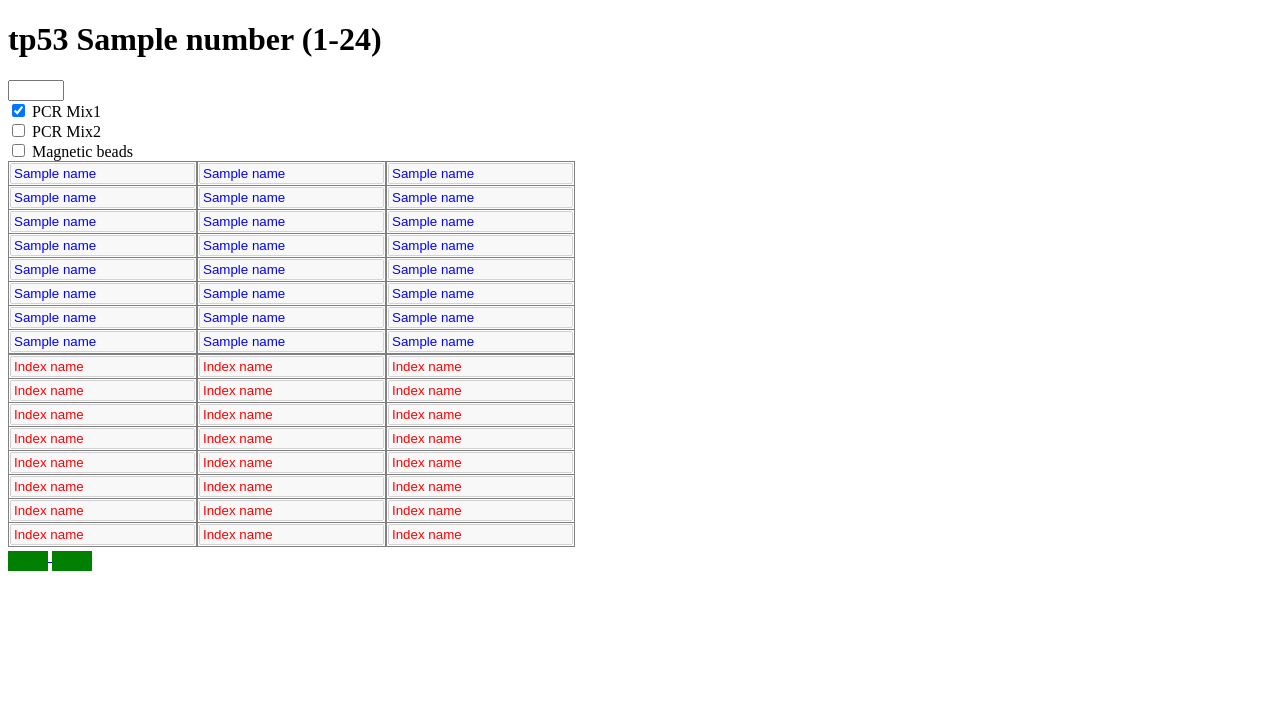
Repository: dnttalk/Ngs_arm1-main
Page: http://localhost/users/login
These files come from the project's save history. The page is drawn as it stood at one moment and after the next save; the edit follows.
The browser window is 1280 px wide. The pictures show the whole page.
The page is served by the project's Node server (app.js).

Above is the page before, as saved 2023-07-26 16:24:25.

After the next save:
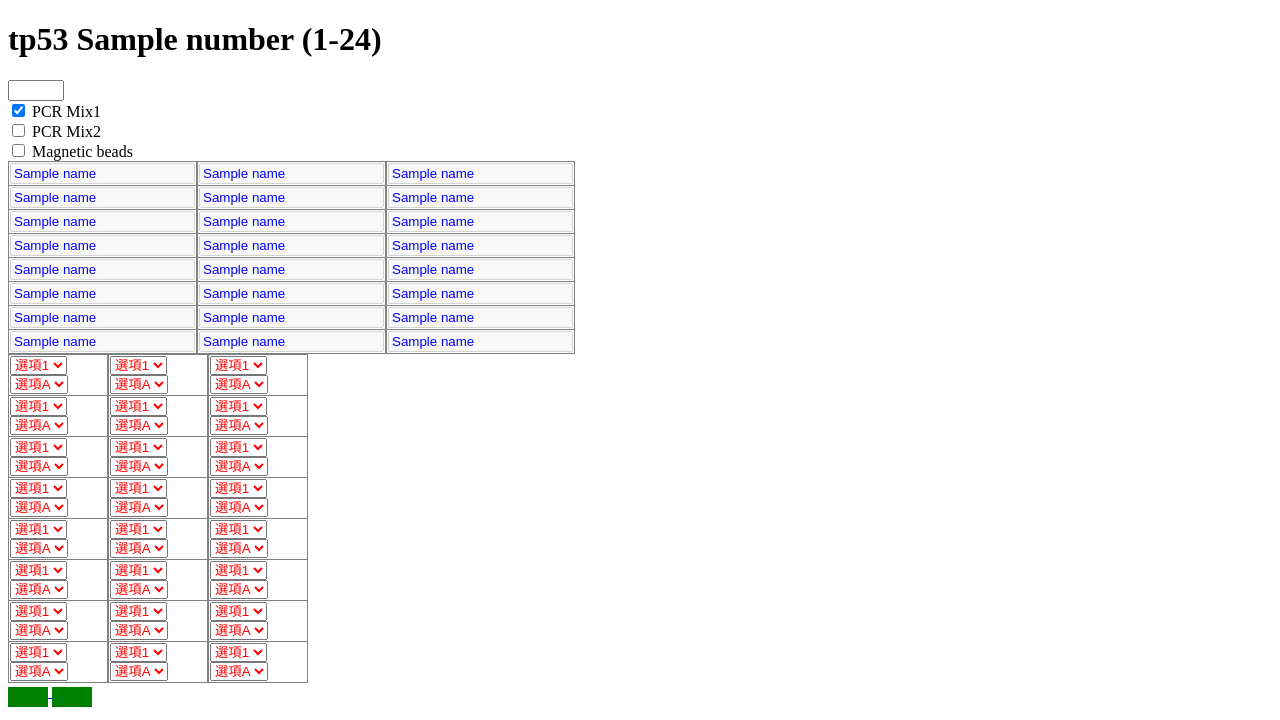
Saved 20 h 34 min later.
--- a/views/second.ejs
+++ b/views/second.ejs
@@ -52,8 +52,21 @@
                     <% for (let j=0; j < 8; j++) { %>
                         <tr>
                             <td>
-                                <input type="text" class="index-name" id="IndexName_<%= i %>_<%= j + 1 %>"
-                                    name="IndexName_<%= i %>_<%= j + 1 %>" value="Index name" disabled>
+                                <select class="index-name" id="IndexName1_<%= i %>_<%= j + 1 %>"
+                                    name="IndexName1_<%= i %>_<%= j + 1 %>">
+                                    <!-- 在這裡放入第一個下拉選單的選項 -->
+                                    <option value="option1">選項1</option>
+                                    <option value="option2">選項2</option>
+                                    <!-- 其他選項... -->
+                                </select>
+
+                                <select class="index-name" id="IndexName2_<%= i %>_<%= j + 1 %>"
+                                    name="IndexName2_<%= i %>_<%= j + 1 %>">
+                                    <!-- 在這裡放入第二個下拉選單的選項 -->
+                                    <option value="optionA">選項A</option>
+                                    <option value="optionB">選項B</option>
+                                    <!-- 其他選項... -->
+                                </select>
                             </td>
                         </tr>
                         <% } %>
